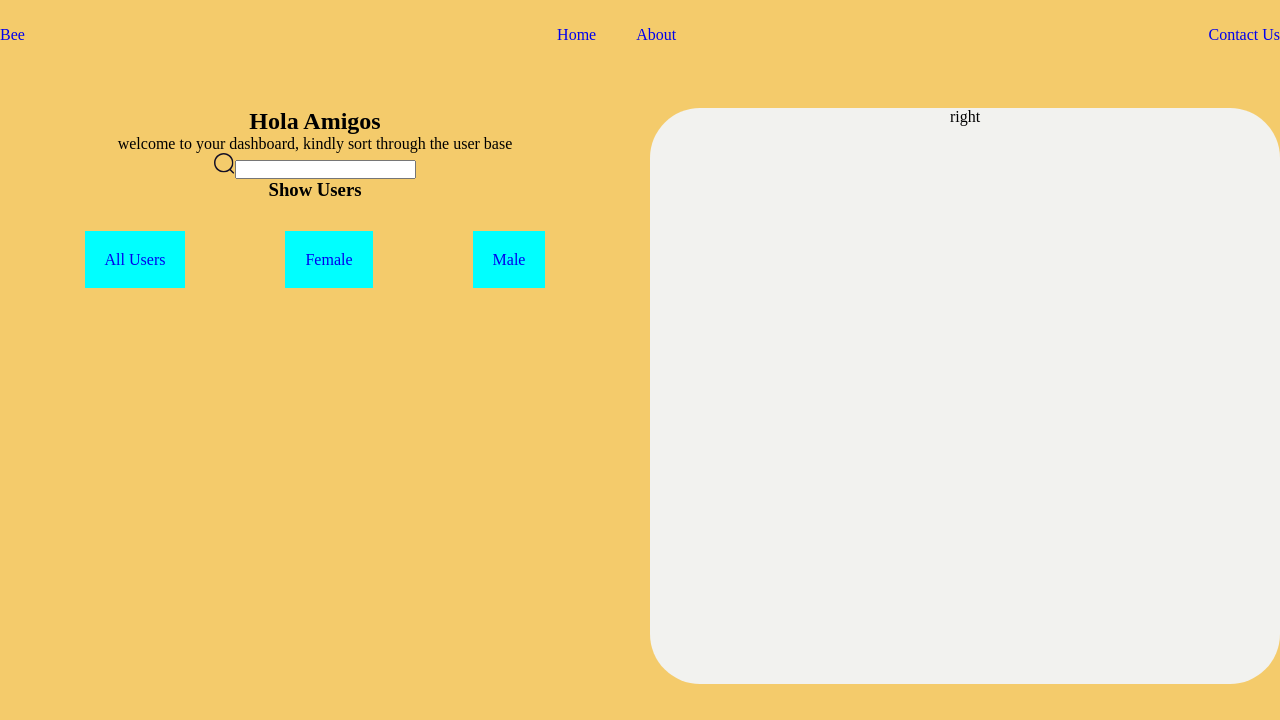
Repository: ble-syn/Random-user-generator-app
Page: /
An editor plug-in stored every save of this project. The page is shown before and after the next save, followed by the edit.
The browser window is 1280 px wide. The pictures show the whole page.
The project was rebuilt for these pictures with package versions that can differ from the ones it lists, and the page was loaded fresh each time. Also part of the build but not shown: src/pages/About.jsx, src/pages/Policy.jsx, src/pages/Terms.jsx, src/pages/Contact.jsx, src/pages/NotFound.jsx.

Above is the page before, as saved 2022-10-26 00:56:28.

### src/index.css
*{
  margin: 0;
  padding: 0;
  box-sizing: border-box;
}
a {
  text-decoration: none;
}

body {
  background-color: #F4CB6B;
}
.container {
  width: 100%;
  max-width: 1300px;
  margin: 0 auto;

  text-align: center;
}

nav {
  display: flex;
  justify-content: space-between;
  margin: 2% 0 5%;
}
.menu {
  margin: 0 20px;
}

.home-container{
  display: flex;
  justify-content: center;
}
/* LEFT STYLES */
#left {
  flex: 5;
}
.user-link-cont {
  margin-top: 50px;
}
.user-link{
  margin: 0 50px;
padding: 20px;
  background-color: aqua;
  width: 180px;
}

#right{
  height: 80vh;
 flex: 5;
  margin-left: 20px;
  background-color: #F2F2EF;
  border-radius: 50px;
}

### src/App.js
import { BrowserRouter as Router, Routes, Route, Navigate} from "react-router-dom";
import Navbar from "./components/Navbar";
import Home from "./pages/Home";
import About from "./pages/About";
import Policy from "./pages/Policy";
import Terms from "./pages/Terms";
import Contact from "./pages/Contact";
import NotFound from "./pages/NotFound";

function App() {
  return (
    <div className="container">
      <Router>
      <Navbar />
        <Routes>
          <Route path="/" element={<Home />} />
          <Route path="/about" element={<About />}>
            <Route path="policy" element={<Policy />} />
            <Route path="terms" element={<Terms />} />
          </Route>
          <Route path="/contact" element={<Contact />} />
          <Route path="/not-found" element={<NotFound />} />
          <Route path="*" element={<Navigate to="/not-found" />} />
        </Routes>
      </Router>

    </div>
  );
}

export default App;

### src/components/Navbar.jsx
import React from "react";
import { Link } from "react-router-dom";

function Navbar() {
    return (
      <nav className="header">
        <div className="logo">
          <Link to="/">Bee</Link>
        </div>


        <div>
            <Link to="/about" className="menu">Home</Link>

            <Link to="/contact" className="menu">About</Link>
        </div>
        <div>
            <Link to="/">Contact Us</Link>
        </div>
      </nav>
    );
  }

export default Navbar;

### src/pages/Home.jsx
import React from "react";
import { Link } from "react-router-dom";
import { ReactComponent as Search } from "../assets/Search.svg"

function Home() {
  return (
    <div className="home-container">
      <div id="left">
        <h2>Hola Amigos</h2>
        <p>welcome to your dashboard, kindly sort through the user base</p>
        <form action="">
          <Search />
          <input type="text" name="" id="" />
        </form>
        <h3>Show Users</h3>
        <div className="user-link-cont">
          <Link className="user-link all-user" to="/login">All Users</Link>
          <Link className="user-link female-user" to="/register">Female</Link>
          <Link className="user-link male-user" to="/about">Male</Link>
        </div>
      </div>
      <div id="right">
        right
      </div>
    </div>
  );
}

export default Home;

Loaded but not shown: public/index.html (common file); src/index.js (common file); src/reportWebVitals.js (common file)

After the next save:
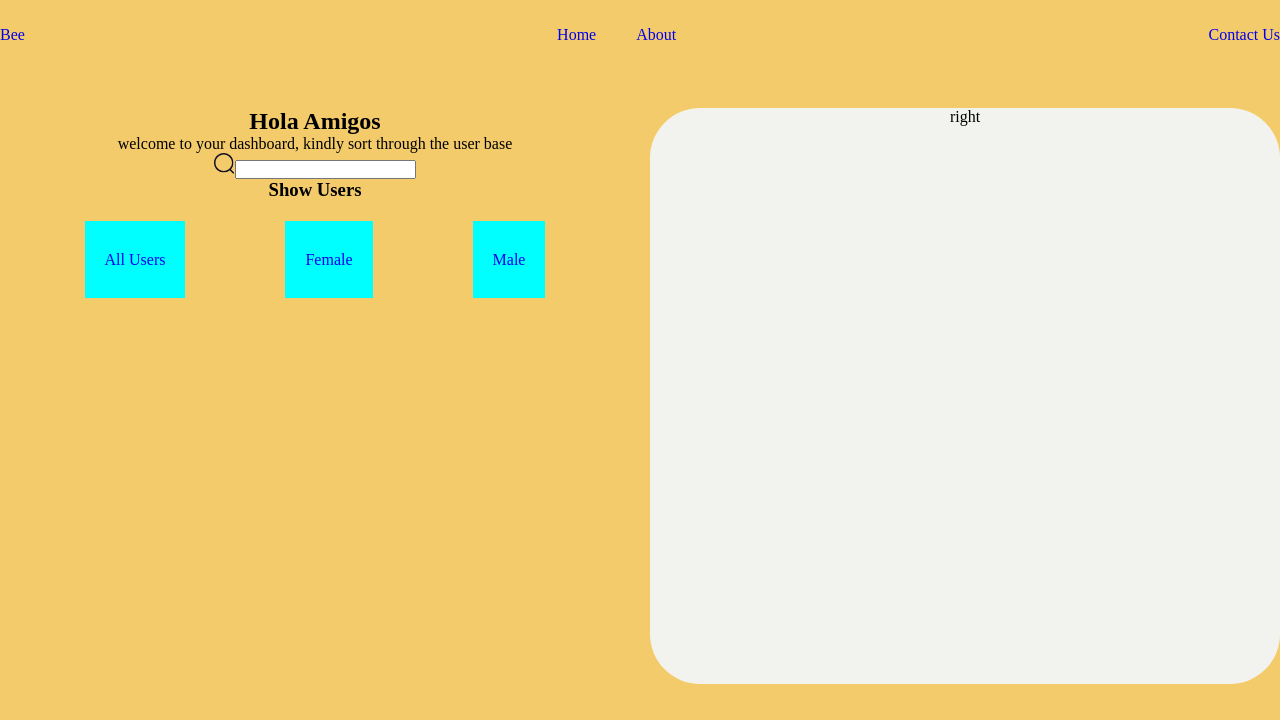
Saved 27 s later.
--- a/src/index.css
+++ b/src/index.css
@@ -40,7 +40,7 @@ nav {
 }
 .user-link{
   margin: 0 50px;
-padding: 20px;
+  padding: 30px 20px;
   background-color: aqua;
   width: 180px;
 }
